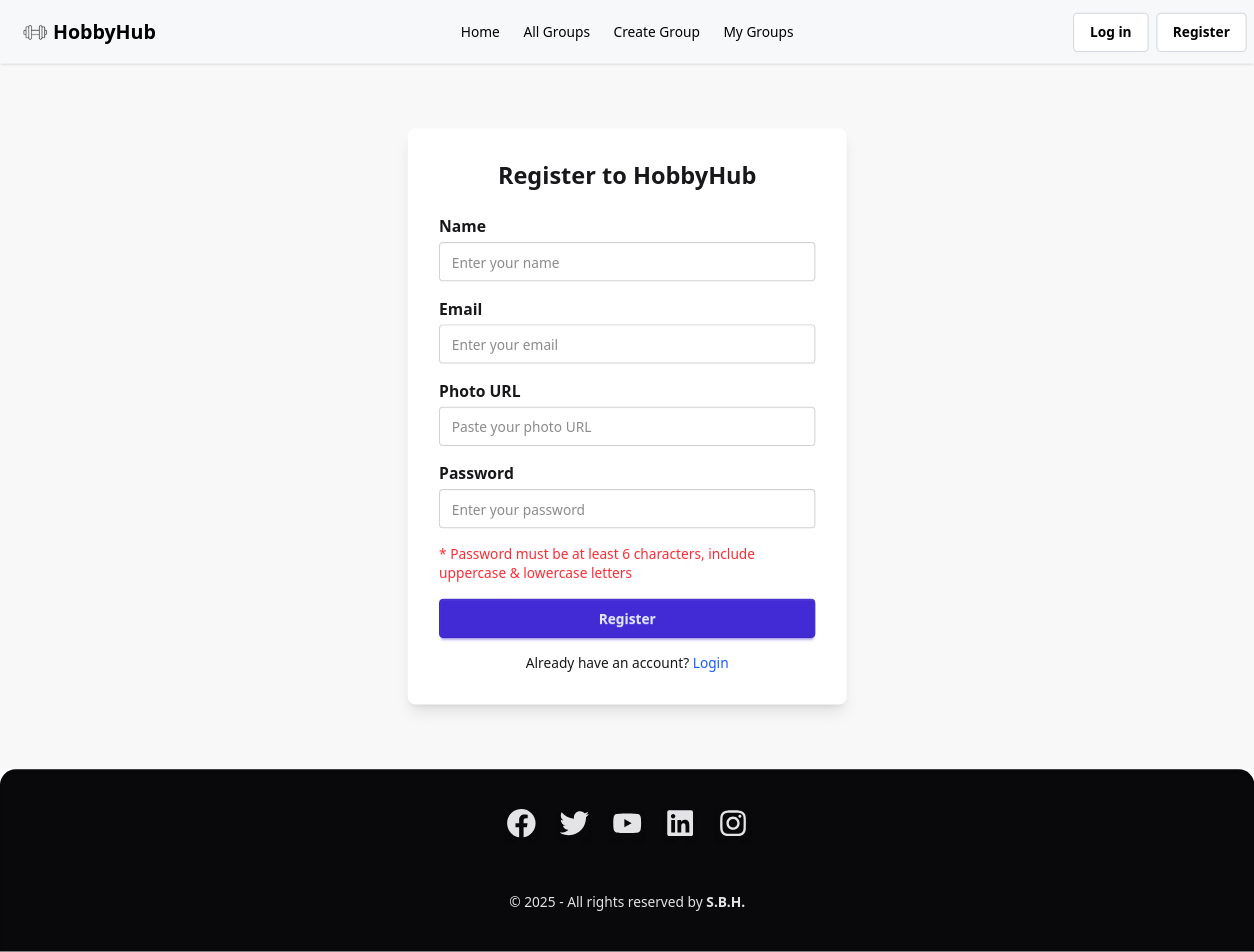
Repository: syedbayzid82849/Hobby_Hub_Client_site
Page: /register
The author's editor kept a copy of each file at every save. The page is drawn from the files as they stood at one save, then again after a run of saves.
The browser window is 1280 px wide. The pictures show the whole page, at 98% of full size.
The project was rebuilt for these pictures with package versions that can differ from the ones it lists, and the page was loaded fresh each time. Also part of the build but not shown: src/App.jsx, src/Pages/Home/Home.jsx.

Above is the page before, as saved 2025-05-20 20:23:03.

### src/main.jsx
import { StrictMode } from 'react'
import { createRoot } from 'react-dom/client'
import './index.css'
import App from './App.jsx'
import { RouterProvider } from 'react-router'
import router from './Routes/Router.jsx'

createRoot(document.getElementById('root')).render(
  <StrictMode>
    <RouterProvider router={router}></RouterProvider>
  </StrictMode>,
)

### src/Routes/Router.jsx
import React from 'react';
import {createBrowserRouter} from "react-router";
import Root from "../Root/Root";
import Home from '../Pages/Home/Home';
import Register from '../Pages/Register/Register';

const router = createBrowserRouter(
    [
        {
            path: '/',
            element: <Root></Root>,
            children: [
                {
                    index: true,
                    path: '/',
                    element: <Home></Home>
                },
                {
                    path: '/register',
                    element: <Register></Register>
                }
            ]
        }
    ]
);

export default router;

### src/Root/Root.jsx
import React from 'react';
import Navbar from '../Components/Navbar/Navbar';
import { Outlet } from 'react-router';
import Footer from '../Components/Footer/Footer'

const Root = () => {
    return (
        <div className="min-h-screen flex flex-col" >
            <Navbar></Navbar>
            <div className="flex-grow">
                <Outlet></Outlet>
            </div>
            <Footer></Footer>
        </div>
    );
};

export default Root;

### src/Pages/Register/Register.jsx
import { Link } from "react-router";

const Register = () => {
    return (
        <div className="min-h-screen flex items-center justify-center bg-base-200 px-4">
            <div className="w-full max-w-md bg-white p-8 shadow-lg rounded-lg">
                <h2 className="text-2xl font-bold mb-6 text-center">Register to HobbyHub</h2>
                <form className="space-y-4">
                    <div>
                        <label className="block mb-1 font-semibold">Name</label>
                        <input type="text" name="name" placeholder="Enter your name" className="input input-bordered w-full" />
                    </div>
                    <div>
                        <label className="block mb-1 font-semibold">Email</label>
                        <input type="email" name="email" placeholder="Enter your email" className="input input-bordered w-full" />
                    </div>
                    <div>
                        <label className="block mb-1 font-semibold">Photo URL</label>
                        <input type="text" name="photoURL" placeholder="Paste your photo URL" className="input input-bordered w-full" />
                    </div>
                    <div>
                        <label className="block mb-1 font-semibold">Password</label>
                        <input type="password" name="password" placeholder="Enter your password" className="input input-bordered w-full" />
                    </div>
                    <p className="text-sm text-red-500">* Password must be at least 6 characters, include uppercase & lowercase letters</p>
                    <button type="submit" className="btn btn-primary w-full">Register</button>
                </form>
                <p className="text-sm mt-4 text-center">
                    Already have an account?{" "}
                    <Link to="/login" className="text-blue-600 hover:underline">Login</Link>
                </p>
            </div>
        </div>
    );
};

export default Register;

### src/Components/Navbar/Navbar.jsx
import { NavLink } from 'react-router';
import logo from '../../assets/logo.png'

const Navbar = () => {

    const links = (
        <>
            <li>
                <NavLink to="/" className="text-black">Home</NavLink>
            </li>
            <li>
                <NavLink to="/companies" className="text-black">All Groups</NavLink>
            </li>
            <li>
                <NavLink to="/blogs" className="text-black">Create Group</NavLink>
            </li>
            <li>
                <NavLink to="/blogs" className="text-black">My Groups</NavLink>
            </li>
        </>
    );


    return (
        <div className="navbar bg-[#f6f8fa] shadow-sm text-black">
            <div className="navbar-start ">
                <div className="dropdown">
                    <div tabIndex={0} role="button" className="btn btn-ghost lg:hidden text-black">
                        <svg
                            xmlns="http://www.w3.org/2000/svg"
                            className="h-5 w-5"
                            fill="none"
                            viewBox="0 0 24 24"
                            stroke="currentColor"
                        >
                            <path
                                strokeLinecap="round"
                                strokeLinejoin="round"
                                strokeWidth="2"
                                d="M4 6h16M4 12h8m-8 6h16"
                            />
                        </svg>
                    </div>
                    <ul
                        tabIndex={0}
                        className="menu menu-sm dropdown-content bg-white text-black rounded-box z-1 mt-3 w-52 p-2 shadow"
                    >
                        {links}
                        <button>test</button>
                    </ul>

                </div>
                <NavLink to='/'>
                    <button className="btn flex items-center text-xl text-black bg-transparent shadow-none hover:bg-transparent hover:shadow-none focus:shadow-none active:shadow-none border-none "><img src={logo} alt="Logo" className="w-6" />
                        HobbyHub</button>
                </NavLink>
            </div>

            <div className="navbar-center hidden lg:flex">
                <ul className="menu menu-horizontal px-1">{links}</ul>
            </div>

            <div className="navbar-end gap-2">
                <NavLink to="/login" className="btn hidden md:inline-flex text-black bg-white border border-gray-300 hover:bg-gray-100">
                    Log in
                </NavLink>
                <NavLink to="/register" className="btn hidden md:inline-flex text-black bg-white border border-gray-300 hover:bg-gray-100">
                    Register
                </NavLink>

            </div>
        </div>
    );
};

export default Navbar;

### src/Components/Footer/Footer.jsx
import React from "react";
import {
    FaFacebook,
    FaTwitter,
    FaYoutube,
    FaLinkedin,
    FaInstagram,
} from "react-icons/fa";

const Footer = () => {
    return (
        <footer className="footer footer-horizontal footer-center bg-neutral text-neutral-content p-10 rounded-t-2xl shadow-inner">
            <nav>
                <div className="grid grid-flow-col gap-6 text-3xl">
                    <a
                        href="https://facebook.com/syed.bayzidhusain/"
                        target="_blank"
                        rel="noopener noreferrer"
                    >
                        <FaFacebook className="hover:text-blue-400 hover:scale-125 transition-all duration-300 shadow-md" />
                    </a>
                    <a
                        href="https://x.com/SyedBayzid82849"
                        target="_blank"
                        rel="noopener noreferrer"
                    >
                        <FaTwitter className="hover:text-sky-300 hover:scale-125 transition-all duration-300 shadow-md" />
                    </a>
                    <a
                        href="https://youtube.com/@SyedBayzid0.1"
                        target="_blank"
                        rel="noopener noreferrer"
                    >
                        <FaYoutube className="hover:text-red-400 hover:scale-125 transition-all duration-300 shadow-md" />
                    </a>
                    <a
                        href="https://linkedin.com/in/syed-bayzid-b91343329"
                        target="_blank"
                        rel="noopener noreferrer"
                    >
                        <FaLinkedin className="hover:text-blue-300 hover:scale-125 transition-all duration-300 shadow-md" />
                    </a>
                    <a
                        href="https://www.instagram.com/syedbayzidhusain/"
                        target="_blank"
                        rel="noopener noreferrer"
                    >
                        <FaInstagram className="hover:text-pink-400 hover:scale-125 transition-all duration-300 shadow-md" />
                    </a>
                </div>
            </nav>
            <aside className="mt-4">
                <p className="hover:text-primary transition-colors duration-200">
                    © {new Date().getFullYear()} - All rights reserved by <strong>S.B.H.</strong>
                </p>
            </aside>
        </footer>
    );
};

export default Footer;

Loaded but not shown: index.html (common file); src/index.css (common file); src/App.css (no stored copy; drawn as an empty file)

After the next 2 saves:
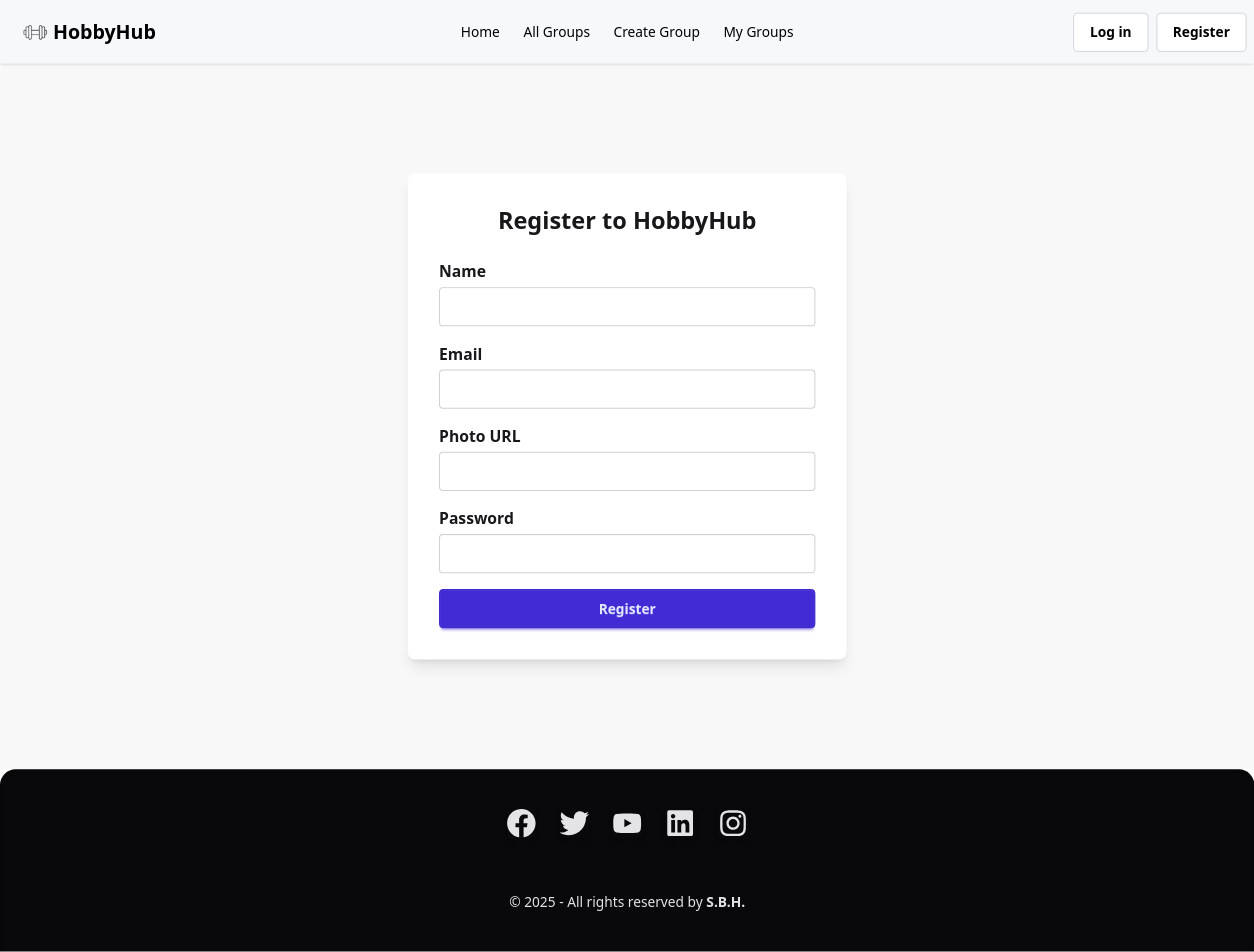
The 2 saves are shown as one change because they came seconds apart.
The last was saved 6 min 17 s later.
--- a/src/Pages/Register/Register.jsx
+++ b/src/Pages/Register/Register.jsx
@@ -1,34 +1,57 @@
-import { Link } from "react-router";
+import { useState } from "react";
+import { toast } from "react-toastify";
 
 const Register = () => {
+    const [error, setError] = useState("");
+
+    const handleRegister = (e) => {
+        e.preventDefault();
+        setError("");
+
+        const form = e.target;
+        const name = form.name.value;
+        const email = form.email.value;
+        const photoURL = form.photoURL.value;
+        const password = form.password.value;
+
+        // Password validation
+        const hasUpper = /[A-Z]/.test(password);
+        const hasLower = /[a-z]/.test(password);
+        const isLengthValid = password.length >= 6;
+
+        if (!hasUpper || !hasLower || !isLengthValid) {
+            toast.error("❌ Password must be at least 6 characters and include uppercase & lowercase letters.");
+            return;
+        }
+
+        // ✅ Register success
+        toast.success("✅ Registered successfully!");
+        form.reset();
+    };
+
     return (
         <div className="min-h-screen flex items-center justify-center bg-base-200 px-4">
             <div className="w-full max-w-md bg-white p-8 shadow-lg rounded-lg">
                 <h2 className="text-2xl font-bold mb-6 text-center">Register to HobbyHub</h2>
-                <form className="space-y-4">
+                <form onSubmit={handleRegister} className="space-y-4">
                     <div>
                         <label className="block mb-1 font-semibold">Name</label>
-                        <input type="text" name="name" placeholder="Enter your name" className="input input-bordered w-full" />
+                        <input type="text" name="name" required className="input input-bordered w-full" />
                     </div>
                     <div>
                         <label className="block mb-1 font-semibold">Email</label>
-                        <input type="email" name="email" placeholder="Enter your email" className="input input-bordered w-full" />
+                        <input type="email" name="email" required className="input input-bordered w-full" />
                     </div>
                     <div>
                         <label className="block mb-1 font-semibold">Photo URL</label>
-                        <input type="text" name="photoURL" placeholder="Paste your photo URL" className="input input-bordered w-full" />
+                        <input type="text" name="photoURL" required className="input input-bordered w-full" />
                     </div>
                     <div>
                         <label className="block mb-1 font-semibold">Password</label>
-                        <input type="password" name="password" placeholder="Enter your password" className="input input-bordered w-full" />
+                        <input type="password" name="password" required className="input input-bordered w-full" />
                     </div>
-                    <p className="text-sm text-red-500">* Password must be at least 6 characters, include uppercase & lowercase letters</p>
                     <button type="submit" className="btn btn-primary w-full">Register</button>
                 </form>
-                <p className="text-sm mt-4 text-center">
-                    Already have an account?{" "}
-                    <Link to="/login" className="text-blue-600 hover:underline">Login</Link>
-                </p>
             </div>
         </div>
     );
